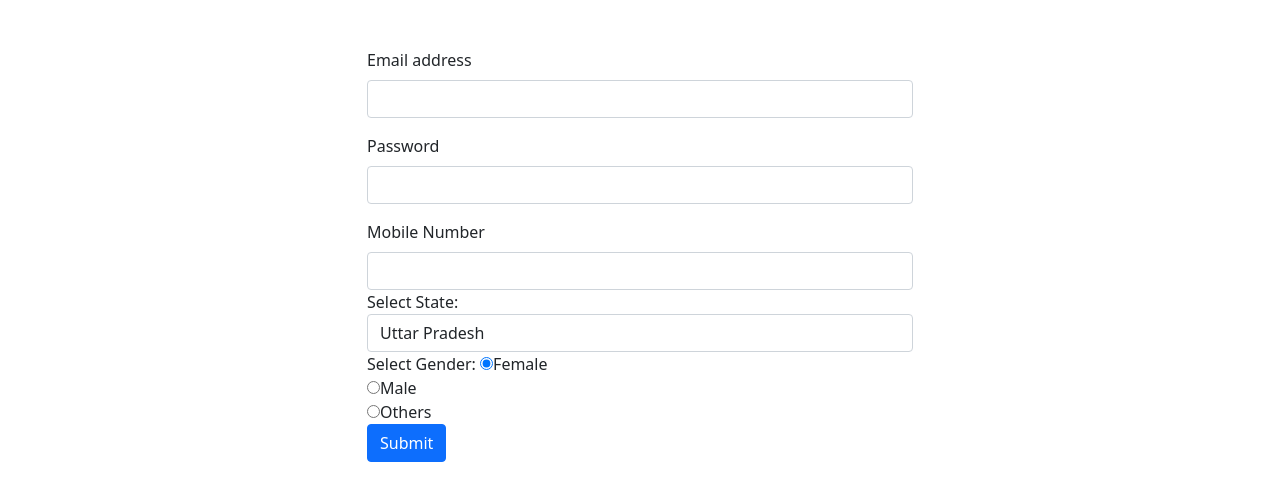
Repository: SimSri-ExtraMarks/FormHandling
Page: formHandling/form.html
These files come from the project's save history. The page is drawn as it stood at one moment and after the next save; the edit follows.
The browser window is 1280 px wide. The pictures show the whole page.

Above is the page before, as saved 2021-06-26 12:36:50.

### formHandling/form.html
<!doctype html>
<html lang="en">
<head>
<meta charset="UTF-8" />
<title>Registration Form</title>
<link
	href="https://cdn.jsdelivr.net/npm/bootstrap@5.0.2/dist/css/bootstrap.min.css"
	rel="stylesheet"
	integrity="sha384-EVSTQN3/azprG1Anm3QDgpJLIm9Nao0Yz1ztcQTwFspd3yD65VohhpuuCOmLASjC"
	crossorigin="anonymous">
</head>
<body>
	<div class="container">
		<div class="row mt-5">
			<div class="col-md-6 offset-md-3">
				<form>
					<div class="mb-3">
						<label for="exampleInputEmail1" class="form-label">Email
							address</label> <input type="email" class="form-control"
							id="exampleInputEmail1" aria-describedby="emailHelp">
					</div>
					<div class="mb-3">
						<label for="exampleInputPassword1" class="form-label">Password</label>
						<input type="password" class="form-control"
							id="exampleInputPassword1">
					</div>
					<div class="mb-3">
						<label for="exampleInputMobileNumber" class="form-label">Mobile
							Number</label> <input type="mobilenumber" class="form-control"
							id="exampleInputMobileNumber">


						<div class="form-group">
							<label for="exampleInputState">Select State:</label> <select
								class="form-control" id="exampleInputState">
								<option>Uttar Pradesh</option>
								<option>Maharashtra</option>
								<option>Rajasthan</option>
								<option>Kerala</option>
							</select>
						</div>

						<!-- <div id="emailHelp" class="form-text">We'll never share your
							email with anyone else.</div> -->
						<div class="radio">
							<label for="exampleInputGender">Select Gender: </label>
							<input type="radio" name="exampleInputGender"
								checked>Female</label>
						</div>
						<div class="radio">
							<label><input type="radio" name="exampleInputGender">Male</label>
						</div>
						<div class="radio disabled">
							<label><input type="radio" name="exampleInputGender">Others</label>
						</div>
						<button type="submit" class="btn btn-primary">Submit</button>
				</form>



			</div>
		</div>
	</div>
</body>
</html>

After the next save:
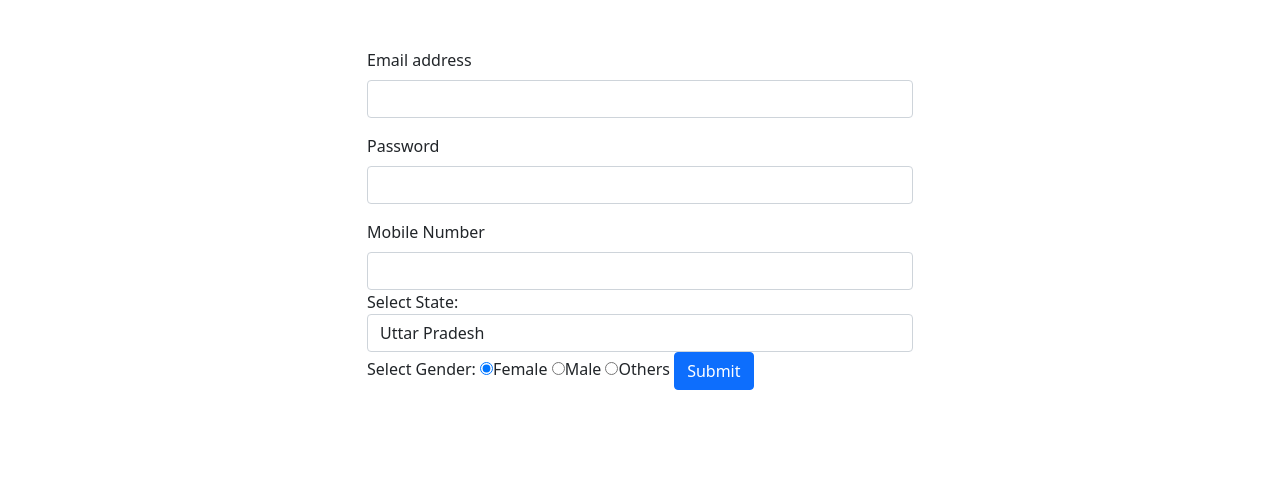
Saved 2 min 33 s later.
--- a/formHandling/form.html
+++ b/formHandling/form.html
@@ -42,17 +42,12 @@
 
 						<!-- <div id="emailHelp" class="form-text">We'll never share your
 							email with anyone else.</div> -->
-						<div class="radio">
 							<label for="exampleInputGender">Select Gender: </label>
-							<input type="radio" name="exampleInputGender"
-								checked>Female</label>
-						</div>
-						<div class="radio">
-							<label><input type="radio" name="exampleInputGender">Male</label>
-						</div>
-						<div class="radio disabled">
-							<label><input type="radio" name="exampleInputGender">Others</label>
-						</div>
+
+
+						<label class="radio-inline"><input type="radio" name="exampleInputGender" checked>Female</label>
+<label class="radio-inline"><input type="radio" name="exampleInputGender">Male</label>
+<label class="radio-inline"><input type="radio" name="exampleInputGender">Others</label>
 						<button type="submit" class="btn btn-primary">Submit</button>
 				</form>
 
